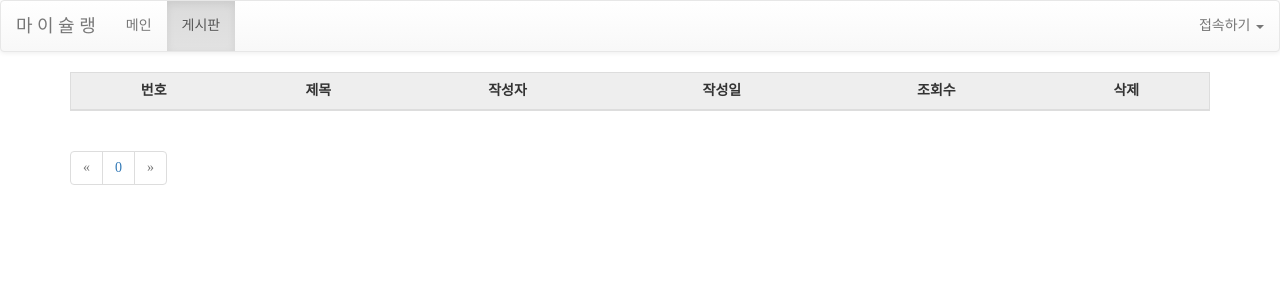
Repository: serendipity63/mychelin
Page: http://localhost/board/WEB-INF/views/boardlist.jsp
An editor plug-in stored every save of this project. The page is shown before and after the next save, followed by the edit.
The browser window is 1280 px wide. The pictures show the whole page.
Some web fonts or font styles are not loaded; a fallback is used. The page is served by Tomcat 9. Nobody is signed in. The template is opened directly, without the code that normally fills it, so the values that code supplies are empty.

Above is the page before, as saved 2024-01-11 07:56:20.
Console error (its wording comes from the project's code and is left out).

After the next save:
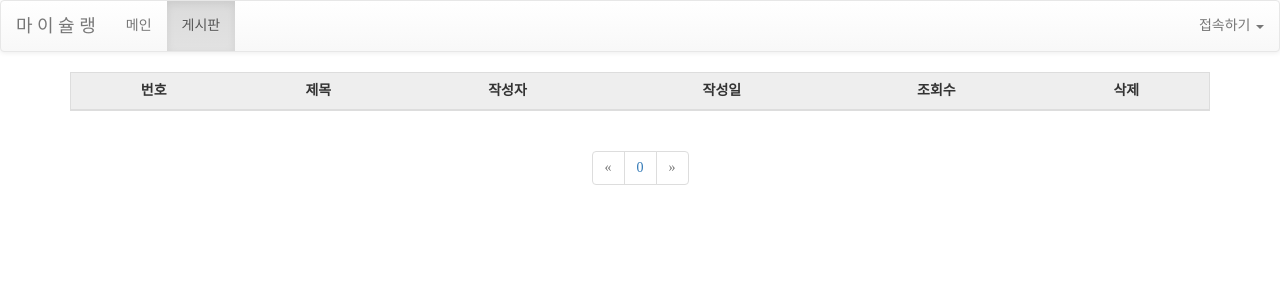
Saved 34 s later.
--- a/board/src/main/webapp/WEB-INF/views/boardlist.jsp
+++ b/board/src/main/webapp/WEB-INF/views/boardlist.jsp
@@ -105,7 +105,7 @@ a, a:hover {
 			</tbody>
 		</table>
 		<nav aria-label="Page navigation"
-			class="d-flex justify-content-center">
+			 style="text-align: center;">
 			<ul class="pagination" style="display: inline-block;">
 				<c:choose>
 					<c:when test="${pageInfo.curPage > 1}">
